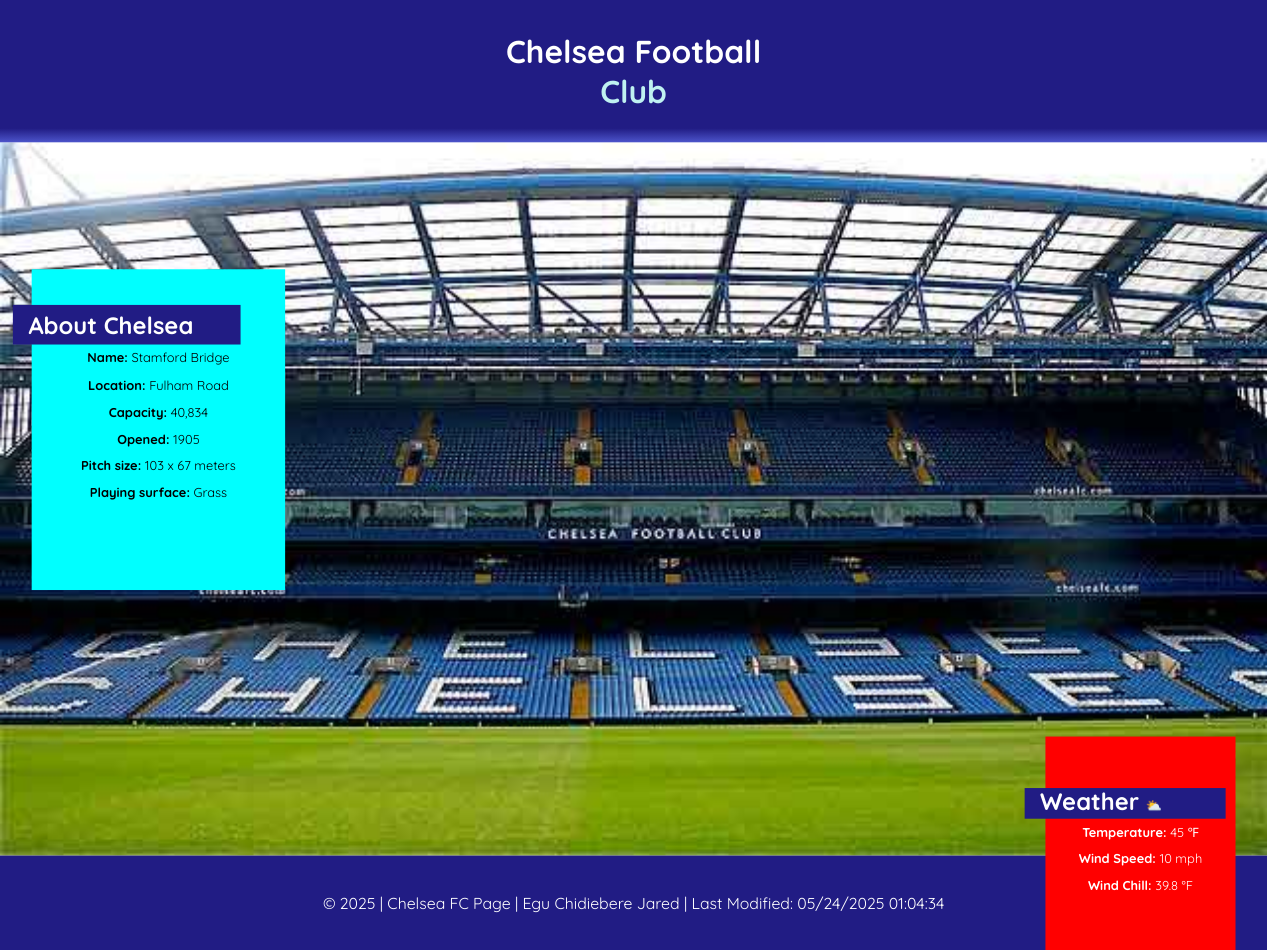
Repository: EguJaredoBoyd/wdd131
Page: place.html
The author's editor kept a copy of each file at every save. The page is drawn from the files as they stood at one save, then again after the next save.
The browser window is 1280 px wide. The pictures show the whole page, at 99% of full size.
Some web libraries are served in a nearby version.

Above is the page before, as saved 2025-05-26 21:10:45.

After the next save:
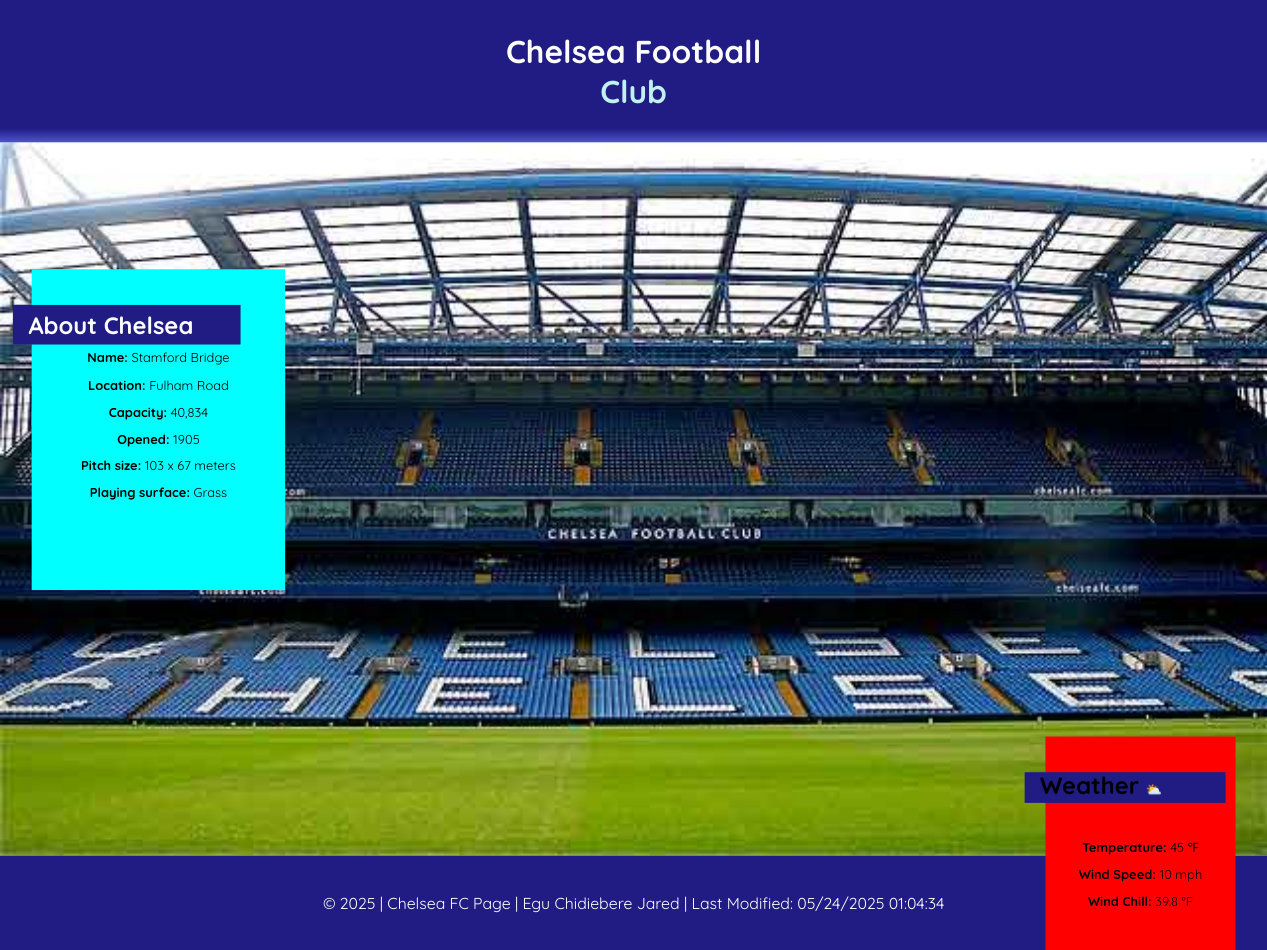
Saved 64 s later.
--- a/styles/place-large.css
+++ b/styles/place-large.css
@@ -32,11 +32,7 @@
         bottom: -15rem;
         right: 2rem;
         line-height: 1.7rem;
-        color: white;
 
-    }
-    .weather h2{
-        margin: 0;
     }
     .weather > * :not(h2){
         font-size: small;
@@ -52,6 +48,7 @@
         padding-right: 4rem;
         margin-left: -2rem;
         background-color: var(--primary-color);
+        margin-top: 0;
     }
 
 
